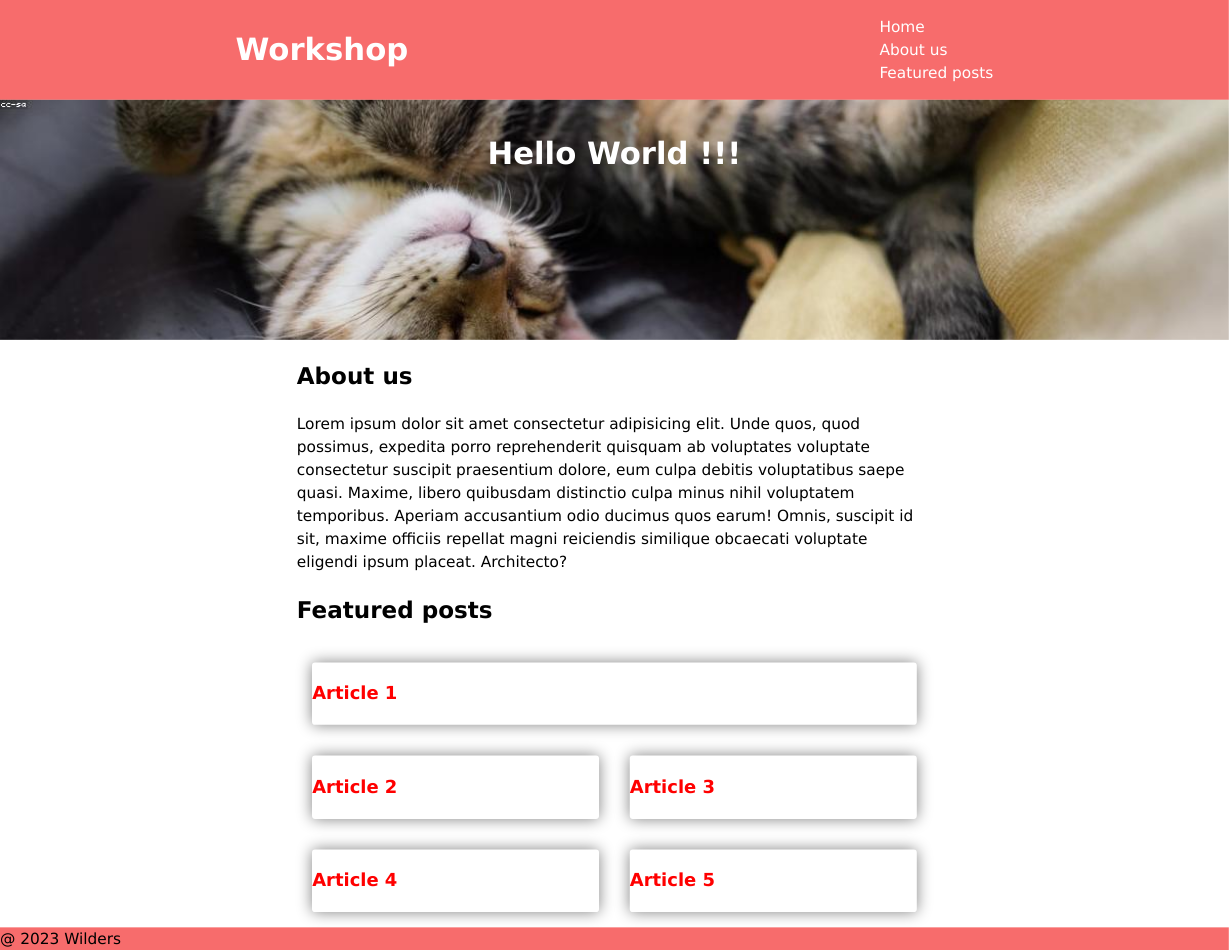
Repository: PPaillard/cssresponsive
Page: index.html
The author's editor kept a copy of each file at every save. The page is drawn from the files as they stood at one save, then again after the next save.
The browser window is 1280 px wide. The pictures show the whole page, at 96% of full size.

Above is the page before, as saved 2023-03-03 14:36:06.

### index.html
<!DOCTYPE html>
<html lang="en">
  <head>
    <meta charset="UTF-8" />
    <meta http-equiv="X-UA-Compatible" content="IE=edge" />
    <meta name="viewport" content="width=device-width, initial-scale=1.0" />
    <title>Document</title>
    <link rel="stylesheet" href="style.css" />
  </head>
  <body>
    <nav>
      <h2>Workshop</h2>
      <ul>
        <li><a href="#home">Home</a></li>
        <li><a href="#aboutus">About us</a></li>
        <li><a href="#featuredposts">Featured posts</a></li>
      </ul>
    </nav>
    <header>
      <h1>Hello World !!!</h1>
    </header>
    <main>
      <section>
        <h2>About us</h2>
        <p>
          Lorem ipsum dolor sit amet consectetur adipisicing elit. Unde quos,
          quod possimus, expedita porro reprehenderit quisquam ab voluptates
          voluptate consectetur suscipit praesentium dolore, eum culpa debitis
          voluptatibus saepe quasi. Maxime, libero quibusdam distinctio culpa
          minus nihil voluptatem temporibus. Aperiam accusantium odio ducimus
          quos earum! Omnis, suscipit id sit, maxime officiis repellat magni
          reiciendis similique obcaecati voluptate eligendi ipsum placeat.
          Architecto?
        </p>
      </section>
      <section id="featured-posts">
        <h2>Featured posts</h2>
        <div>
          <article><h1>Article 1</h1></article>
          <article><h1>Article 2</h1></article>
          <article><h1>Article 3</h1></article>
          <article><h1>Article 4</h1></article>
          <article><h1>Article 5</h1></article>
        </div>
      </section>
    </main>
    <footer>@ 2023 Wilders</footer>
  </body>
</html>

### style.css
* {
  box-sizing: border-box;
}

body {
  margin: 0;
  line-height: 1.5;
  font-family: Verdana, Geneva, Tahoma, sans-serif;
}

/* Navigation */
nav {
  display: flex;
  justify-content: space-around;
  align-items: center;
  background-color: #f76c6c;
  color: #ffffff;
}

nav > h2 {
  margin: 0;
  font-size: max(2rem, 4vh);
}

nav ul {
  margin: 0;
  padding: 1rem 0;
}

nav ul li {
  list-style: none;
}

nav ul li a {
  color: white;
  text-decoration: none;
}
/* fin de navigation */
/* header */

header {
  min-height: 250px;
  text-align: center;
  background-image: url("65535_52214085447_ec2bf04bd7_h_1200_300_nofilter.jpg");
  background-repeat: no-repeat;
  background-size: cover;
}
header h1 {
  color: white;
  margin: 0;
  padding-top: 2rem;
}

section {
  margin: 0 auto;
  max-width: 65ch;
}

section article {
  display: inline-block;
  color: red;
  margin: 1rem;
  border-radius: 0.2rem;
  box-shadow: 0 0 1rem grey;
}

#featured-posts > div {
  display: grid;
  grid-template-columns: 1fr 1fr;
}

#featured-posts > div > article:first-of-type {
  grid-column: 1/3;
}

footer {
  background-color: #f76c6c;
}

After the next save:
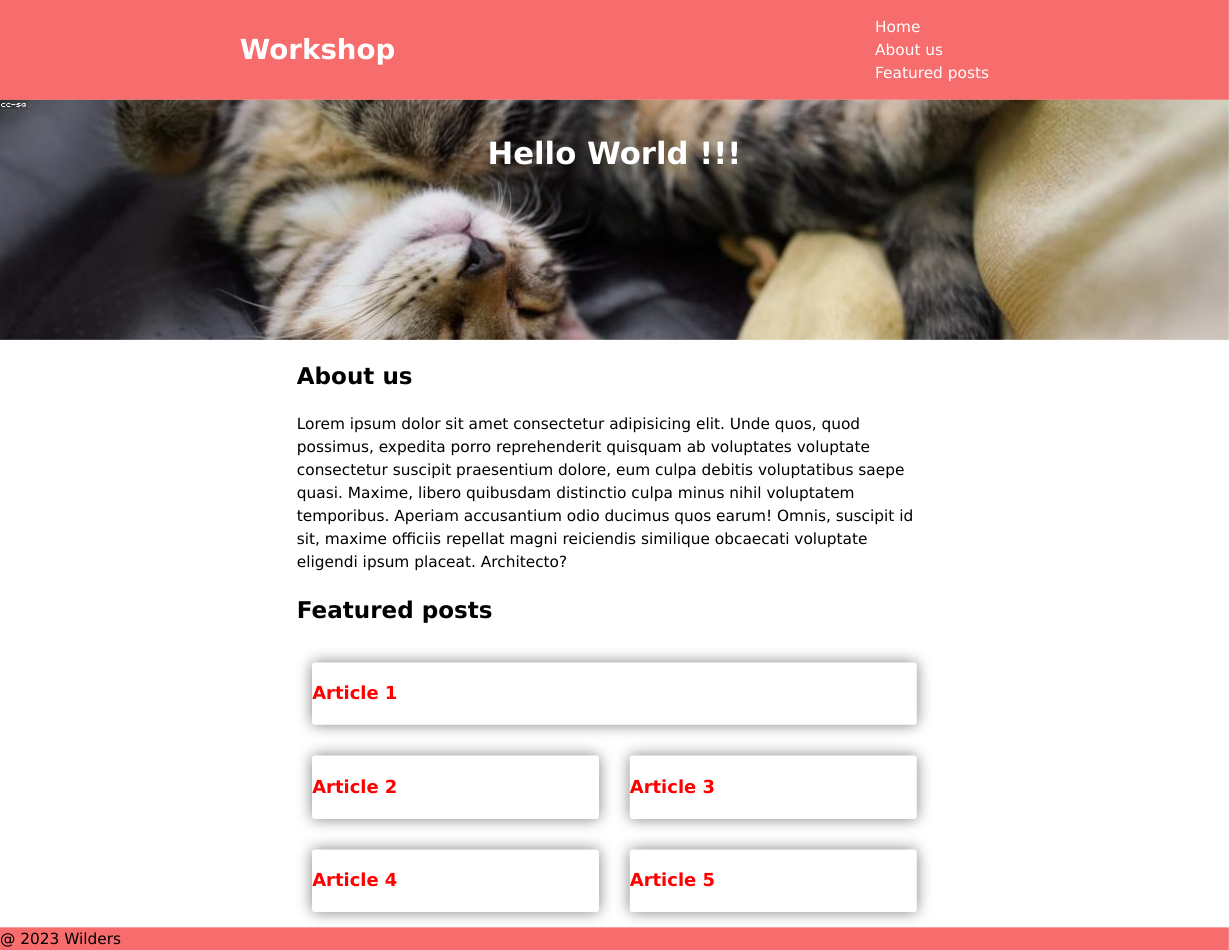
Saved 14 s later.
--- a/style.css
+++ b/style.css
@@ -19,7 +19,7 @@
 
 nav > h2 {
   margin: 0;
-  font-size: max(2rem, 4vh);
+  font-size: min(2rem, 4vh);
 }
 
 nav ul {

After the save that followed:
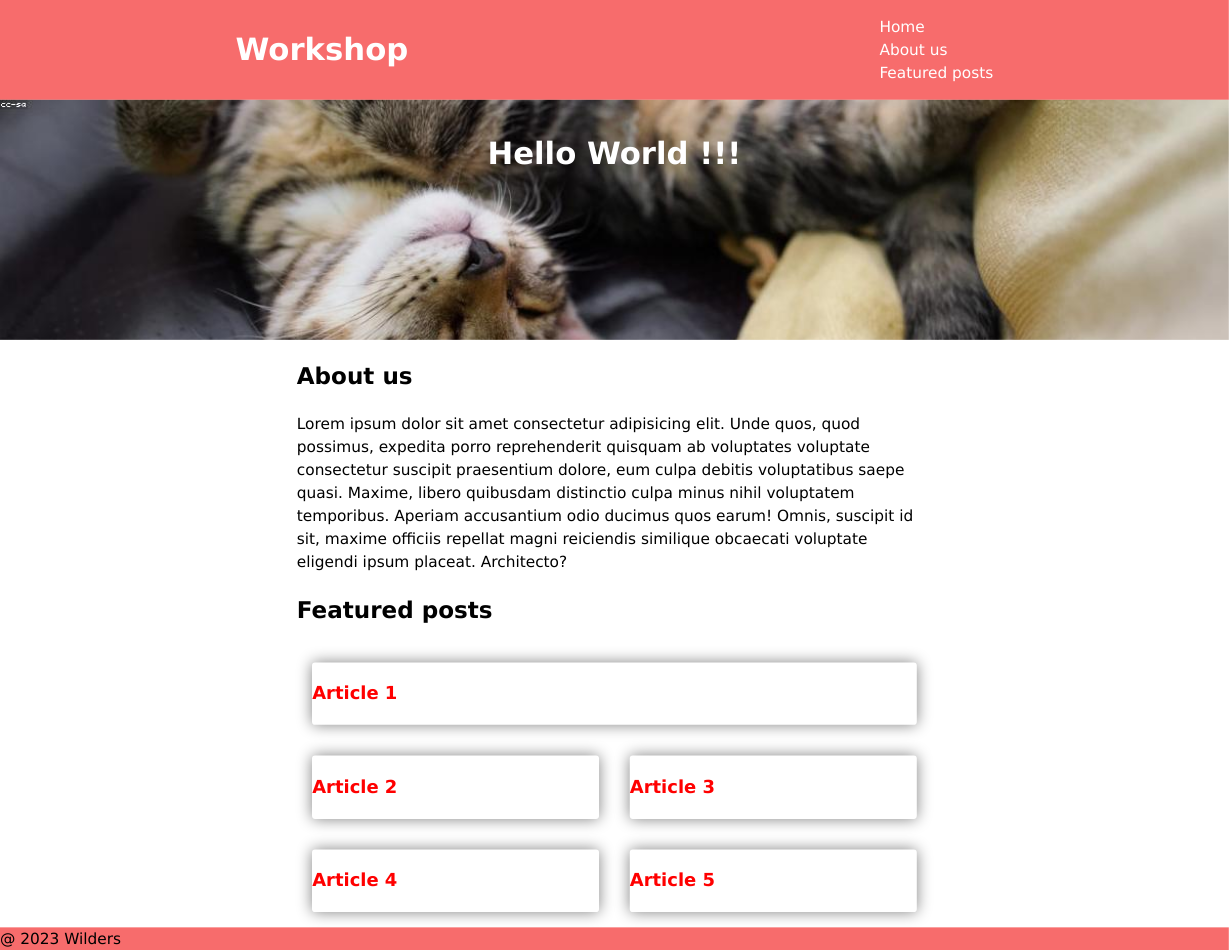
Saved 17 s later.
--- a/style.css
+++ b/style.css
@@ -19,7 +19,7 @@
 
 nav > h2 {
   margin: 0;
-  font-size: min(2rem, 4vh);
+  font-size: clamp(2rem, 4vh, 4rem);
 }
 
 nav ul {
